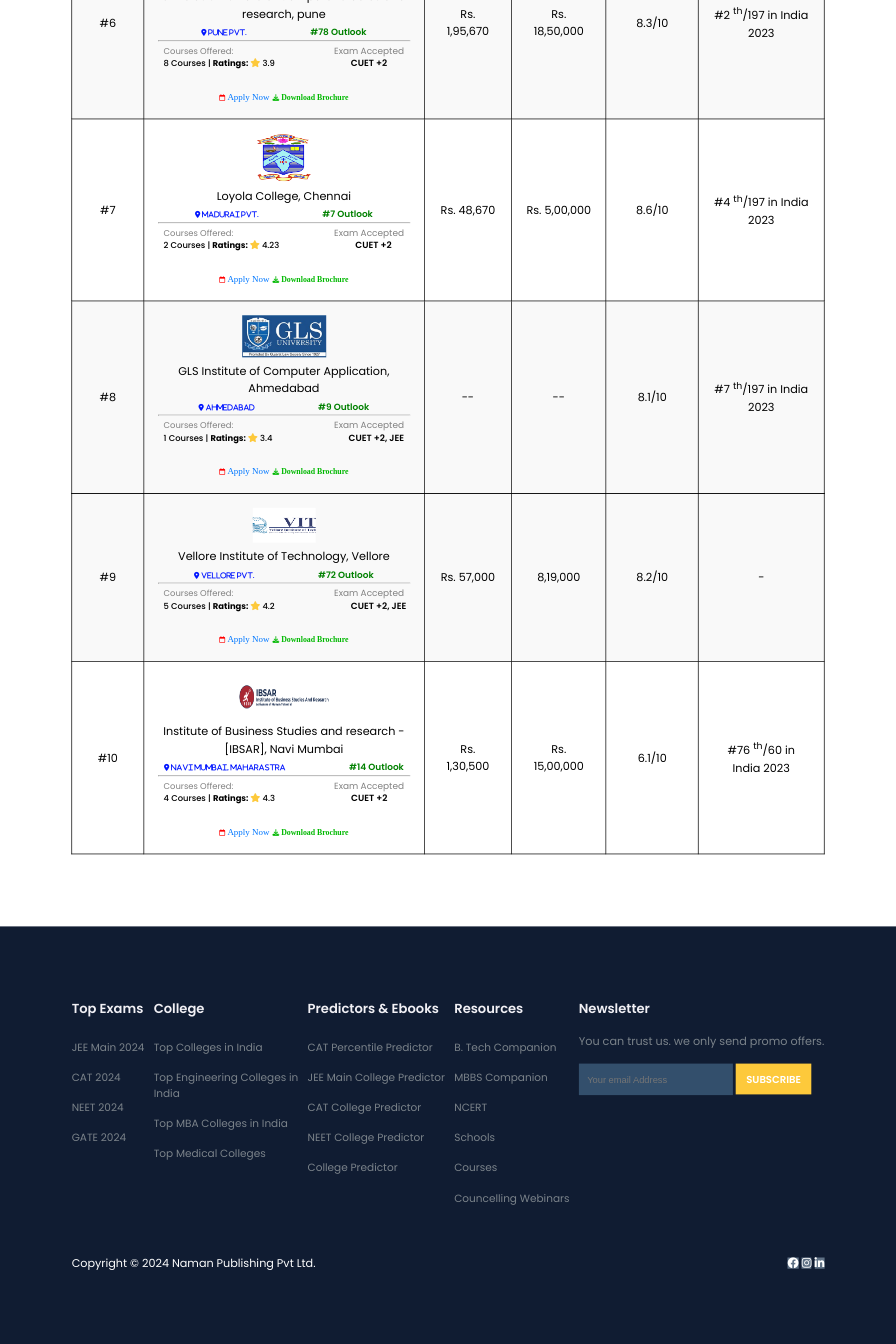
Repository: NamanSahu09/VidyaPreet-Ed-Tech-Website
Page: bca.html
These files come from the project's save history. The page is drawn as it stood at one moment and after the next save; the edit follows.
The browser window is 1280 px wide. The pictures show the part of the page from y = 1759 to 3679 px (the page is 3679 px tall before and 3666 px after), at 70% of full size.
Some web libraries are served in a nearby version.

Above is the page before, as saved 2024-04-15 01:15:51.

After the next save:
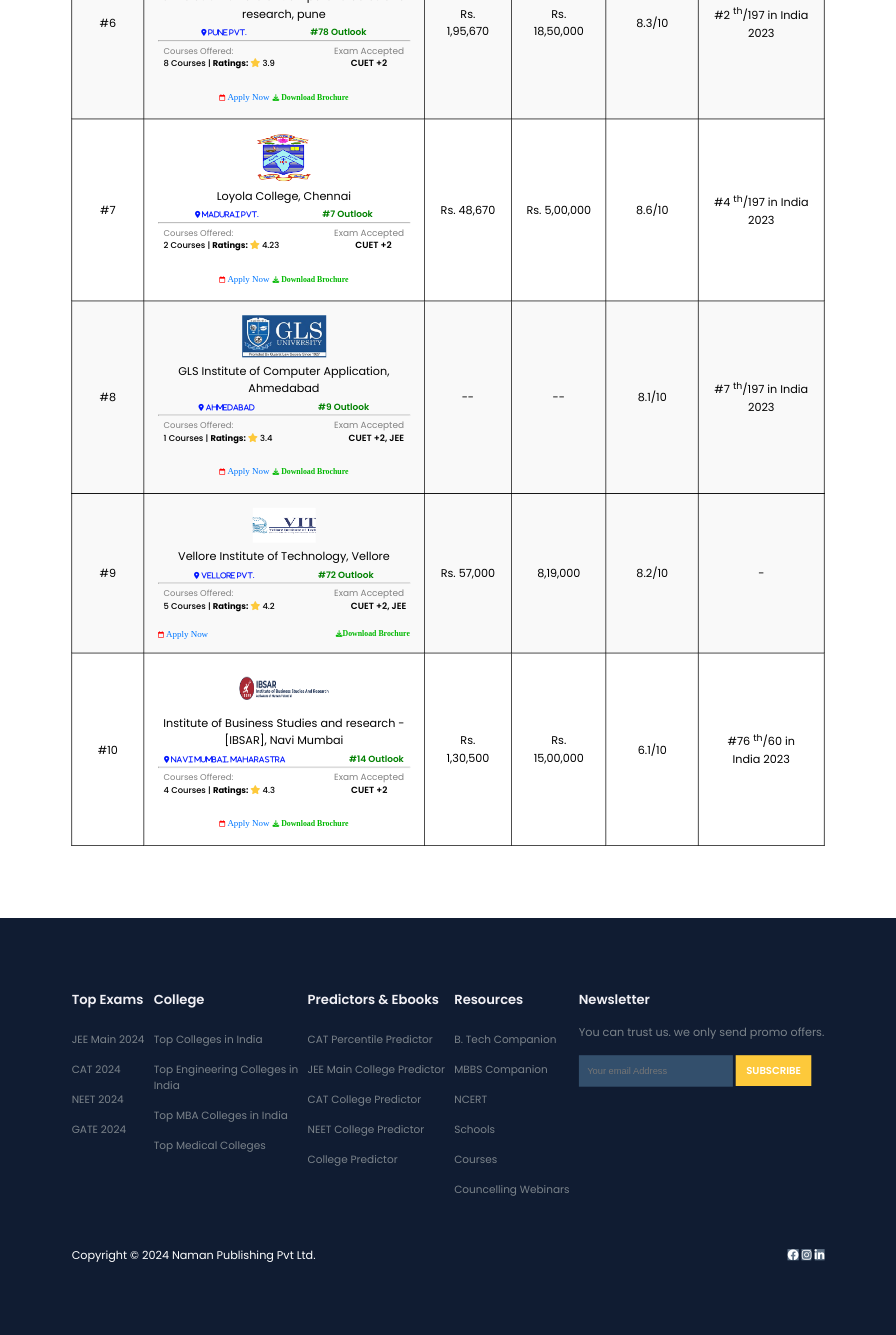
Saved 22 s later.
--- a/bca.html
+++ b/bca.html
@@ -523,11 +523,12 @@
 
 <br>
 
-	<i class="fa-regular fa-calendar" align="left"><a href="https://vit.ac.in"> Apply Now </a></i>
-	<i class="fa-solid fa-download" ><a href=""> Download Brochure </a></i>
-
-
-
+<div class="downloadd">
+
+	<i class="fa-regular fa-calendar" align="left"><a href="https://christuniversity.in/"> Apply Now </a></i>
+	<i class="fa-solid fa-download"><a href="js files/st_stephens.pdf" download>Download Brochure</a></i>
+
+</div>
 
 
 
